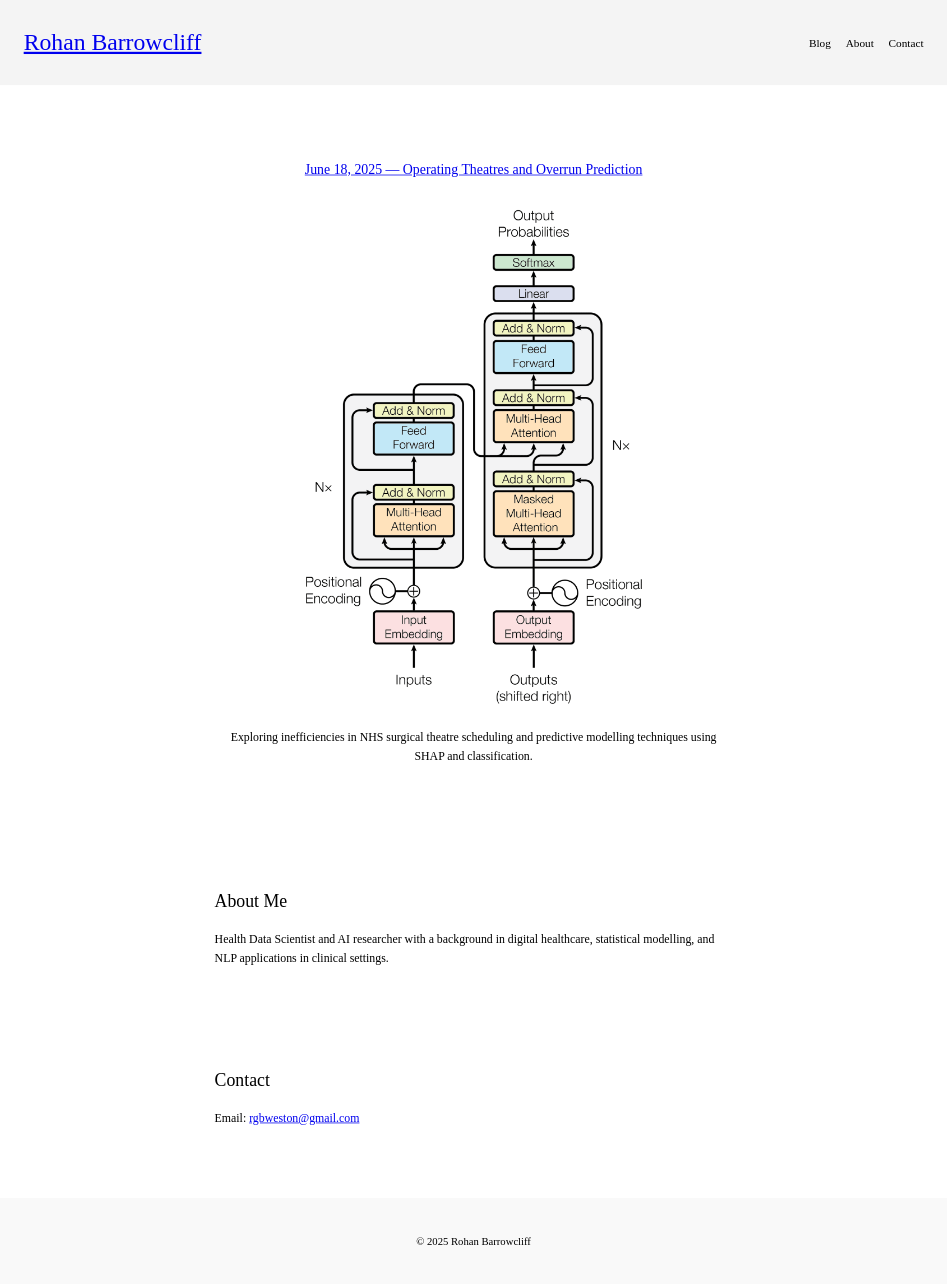
Repository: rgbweston/rgbweston.github.io
Page: index.html
The author's editor kept a copy of each file at every save. The page is drawn from the files as they stood at one save, then again after the next save.
The browser window is 1280 px wide. The pictures show the whole page, at 74% of full size.

Above is the page before, as saved 2025-06-26 11:56:11.

### index.html
<!DOCTYPE html>
<html lang="en">
<head>
  <meta charset="UTF-8" />
  <meta name="viewport" content="width=device-width, initial-scale=1.0" />
  <meta name="description" content="Rohan Barrowcliff's personal site." />
  <title>Rohan Barrowcliff</title>
  <!-- Favicon -->
  <link rel="icon" href="favicon.ico" type="image/x-icon" />
  <link rel="shortcut icon" href="favicon.ico" type="image/x-icon" />
  <link rel="stylesheet" href="style.css" />
</head>
<body>
  <header class="hero">
    <div class="navbar">
      <h1 class="site-title">
        <a href="index.html" class="home-link">Rohan Barrowcliff</a>
      </h1>
      <nav class="nav-links">
        <a href="#blog">Blog</a>
        <a href="#about">About</a>
        <a href="#contact">Contact</a>
      </nav>
    </div>
  </header>

  <main>
    <section class="section" id="blog">
      <article class="post">
        <h3 class="post-title">
          <a href="operating-theatres-overrun-prediction.html" class="post-link">June 18, 2025 — Operating Theatres and Overrun Prediction</a>
        </h3>
        <img src="transformer.webp"
             alt="Operating Theatres Overrun"
             class="post-image preview-image" />
        <p>Exploring inefficiencies in NHS surgical theatre scheduling and predictive modelling techniques using SHAP and classification.</p>
      </article>
    </section>

    <section class="section" id="about">
      <h2>About Me</h2>
      <p>Health Data Scientist and AI researcher with a background in digital healthcare, statistical modelling, and NLP applications in clinical settings.</p>
    </section>

    <section class="section" id="contact">
      <h2>Contact</h2>
      <p>Email: <a href="mailto:rgbweston@gmail.com" class="home-link">rgbweston@gmail.com</a></p>
    </section>
  </main>

  <footer class="footer">
    <p>&copy; 2025 Rohan Barrowcliff</p>
  </footer>

  <script>
    // Simple fade-in animation on scroll
    const sections = document.querySelectorAll('.section');
    const observer = new IntersectionObserver(entries => {
      entries.forEach(entry => {
        if (entry.isIntersecting) {
          entry.target.classList.add('fade-in');
        }
      });
    }, { threshold: 0.1 });

    sections.forEach(sec => observer.observe(sec));
  </script>
</body>
</html>

### style.css
/* style.css */
body {
    margin: 0;
    font-family: 'Times New Roman', serif;
    line-height: 1.6;
    background: #fff;
    color: #000;
  }

  .navbar {
    display: flex;
    justify-content: space-between;
    align-items: center;
    padding: 2rem;
    background: #f4f4f4;
    flex-wrap: wrap;
  }

  .site-title {
    font-size: 2rem;
    margin: 0;
  }

  .nav-links a {
    margin-left: 1rem;
    text-decoration: none;
    color: #000;
    font-size: 0.95rem;
  }

  main {
    max-width: 700px;
    margin: auto;
    padding: 2rem 1rem;
  }

  .section {
    padding: 3rem 0;
    opacity: 0;
    transform: translateY(20px);
    transition: opacity 0.8s ease-out, transform 0.8s ease-out;
  }

  .section.fade-in {
    opacity: 1;
    transform: translateY(0);
  }

  h1, h2, h3 {
    font-weight: normal;
  }

  .post {
    margin-bottom: 3rem;
    text-align: center;
  }

  .post-image {
    width: 100%;
    max-width: 500px;
    height: auto;
    display: block;
    margin: 1rem auto;
  }

  .read-more {
    display: inline-block;
    margin-top: 1rem;
    text-decoration: underline;
    font-size: 0.9rem;
    color: #000;
  }

  .footer {
    text-align: center;
    padding: 2rem;
    background: #f9f9f9;
    font-size: 0.9rem;
  }

After the next save:
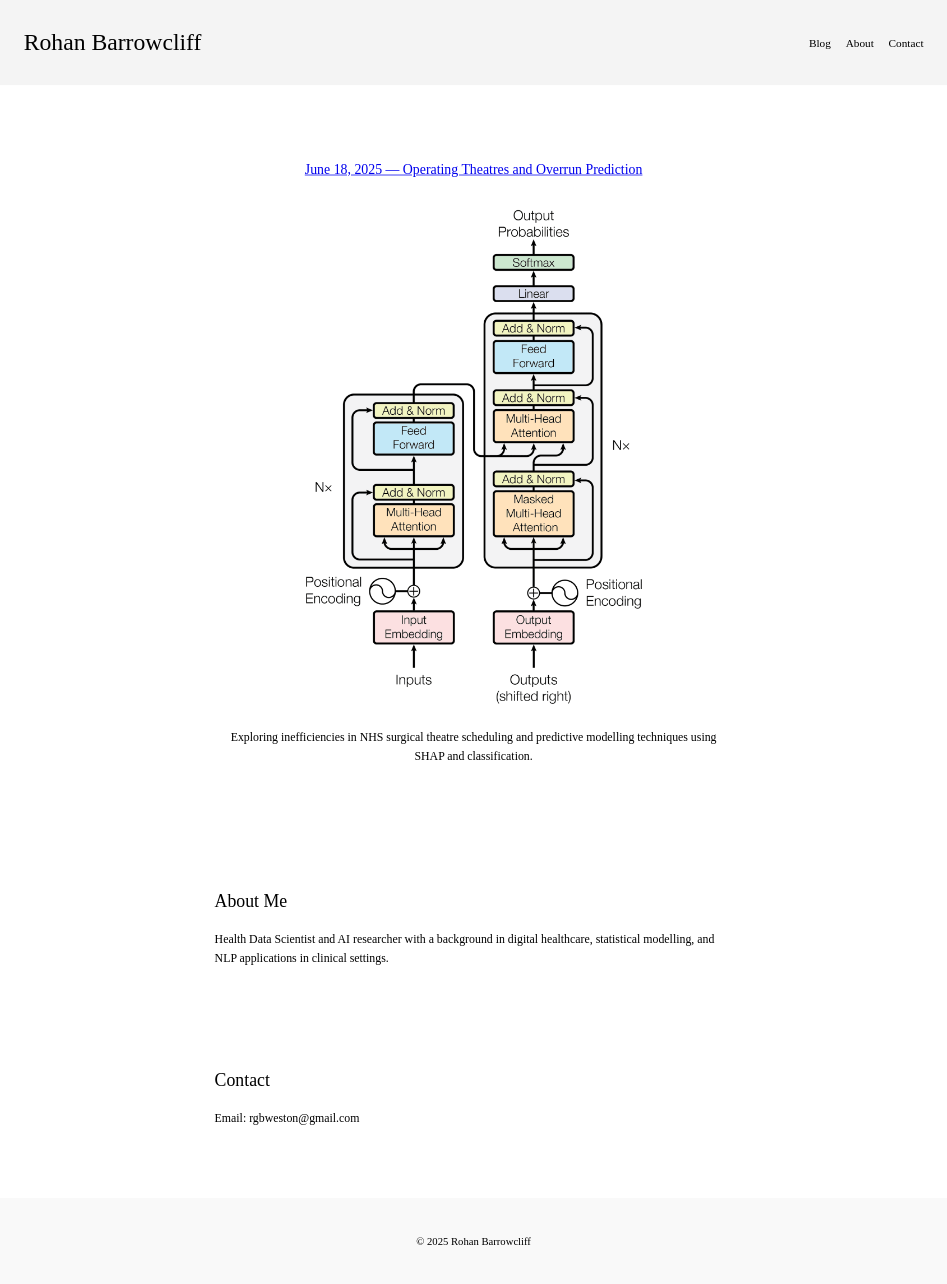
Saved 4 s later.
--- a/style.css
+++ b/style.css
@@ -77,3 +77,42 @@ body {
     background: #f9f9f9;
     font-size: 0.9rem;
   }
+  /* Article Title */
+.article-title {
+  font-style: italic;
+  font-weight: bold;
+  text-align: left;
+  margin: 2rem 0;
+  font-size: 2rem;        /* adjust as desired */
+}
+
+/* Article Image on article page */
+.article-image {
+  display: block;
+  margin: auto;
+  max-width: 90%;
+  max-height: 450px;      /* slightly smaller than before */
+  height: auto;
+  margin-bottom: 0.5rem;
+}
+
+/* Caption under image */
+.image-caption {
+  text-align: right;
+  font-size: 0.9rem;
+  color: #666;
+  margin: 0 5% 1.5rem 0;
+}
+
+/* Intro paragraph styling */
+.article-intro {
+  font-weight: bold;
+  max-width: 800px;
+  margin-bottom: 2rem;
+}
+
+/* Site title link (to remove default link styles) */
+.home-link {
+  text-decoration: none;
+  color: inherit;
+}
